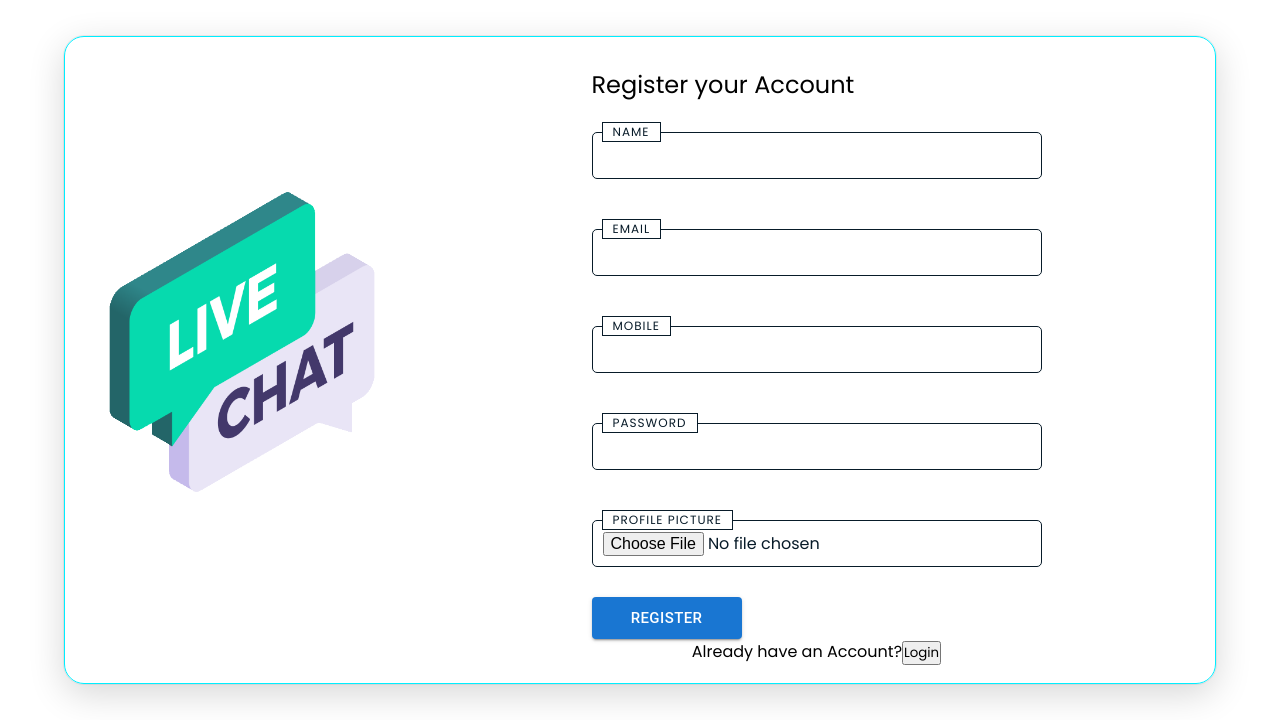
Repository: swastikjhacoder/mern-chat-frontend-only
Page: /
An editor plug-in stored every save of this project. The page is shown before and after the next save, followed by the edit.
The browser window is 1280 px wide. The pictures show the whole page.
The project was rebuilt for these pictures with package versions that can differ from the ones it lists, and the page was loaded fresh each time. Also part of the build but not shown: src/components/chat/ConversationList.jsx, src/components/chat/SideBar.jsx, src/components/MainContainer.jsx, src/components/chat/MessageOthers.jsx, src/components/chat/MessageSelf.jsx, src/components/chat/ChatContainer.jsx, src/components/chat/OnlineUsers.jsx, src/components/chat/OnlineUsersGroup.jsx and 4 more.

Above is the page before, as saved 2023-09-22 08:03:23.

After the next save:
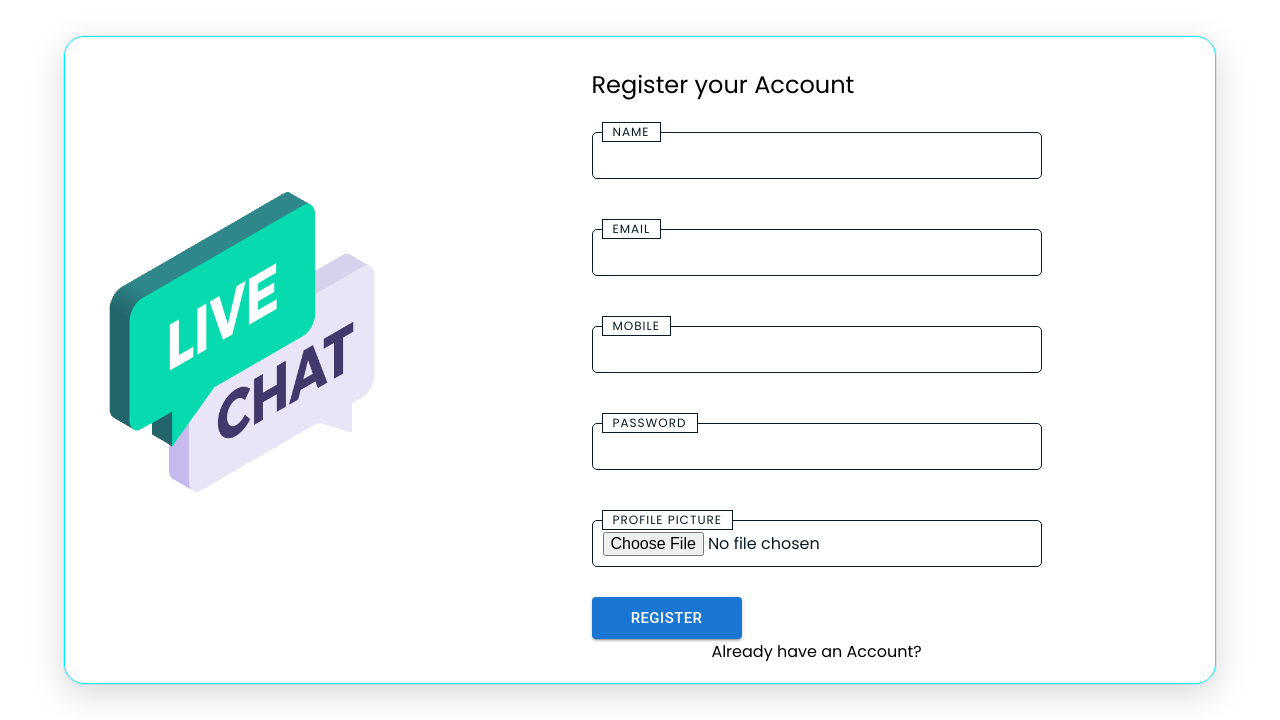
Saved 8 s later.
--- a/src/components/SignUp.jsx
+++ b/src/components/SignUp.jsx
@@ -109,7 +109,7 @@ const SignUp = ({ toggleForm }) => {
       </div>
       <p className="create-account">
         Already have an Account?
-        <button onClick={() => toggleForm()}>Login</button>
+
       </p>
     </div>
   );
